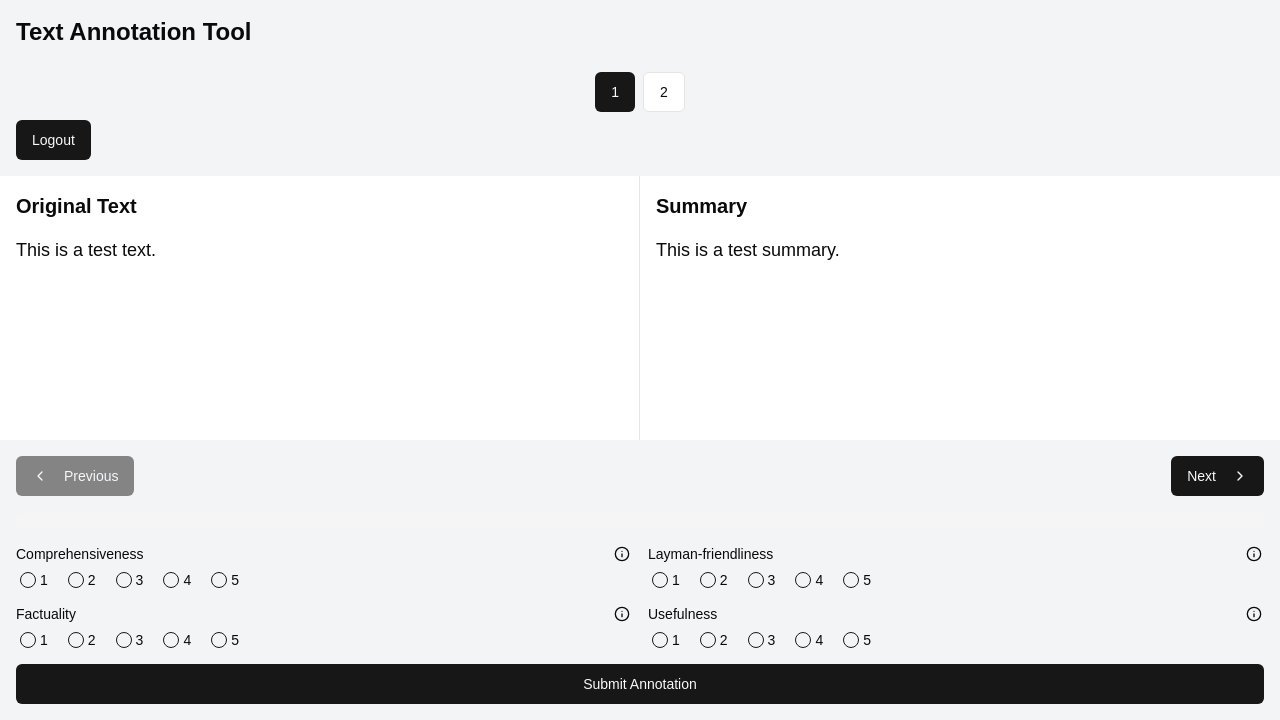
Repository: swapnil-panigrahi/annotator-group
Page: /annotate
An editor plug-in stored every save of this project. The page is shown before and after the next save, followed by the edit.
The browser window is 1280 px wide. The pictures show the whole page.
The page's requests for data from a server got no answer. The project was rebuilt for these pictures with package versions that can differ from the ones it lists, and the page was loaded fresh each time. The framework's server and built-in components were replaced by stand-ins that run in the browser. No one was signed in, and anything a server would have sent is missing. Also part of the build but not shown: next.config.mjs.

Above is the page before, as saved 2025-02-07 23:32:07.

After the next save:
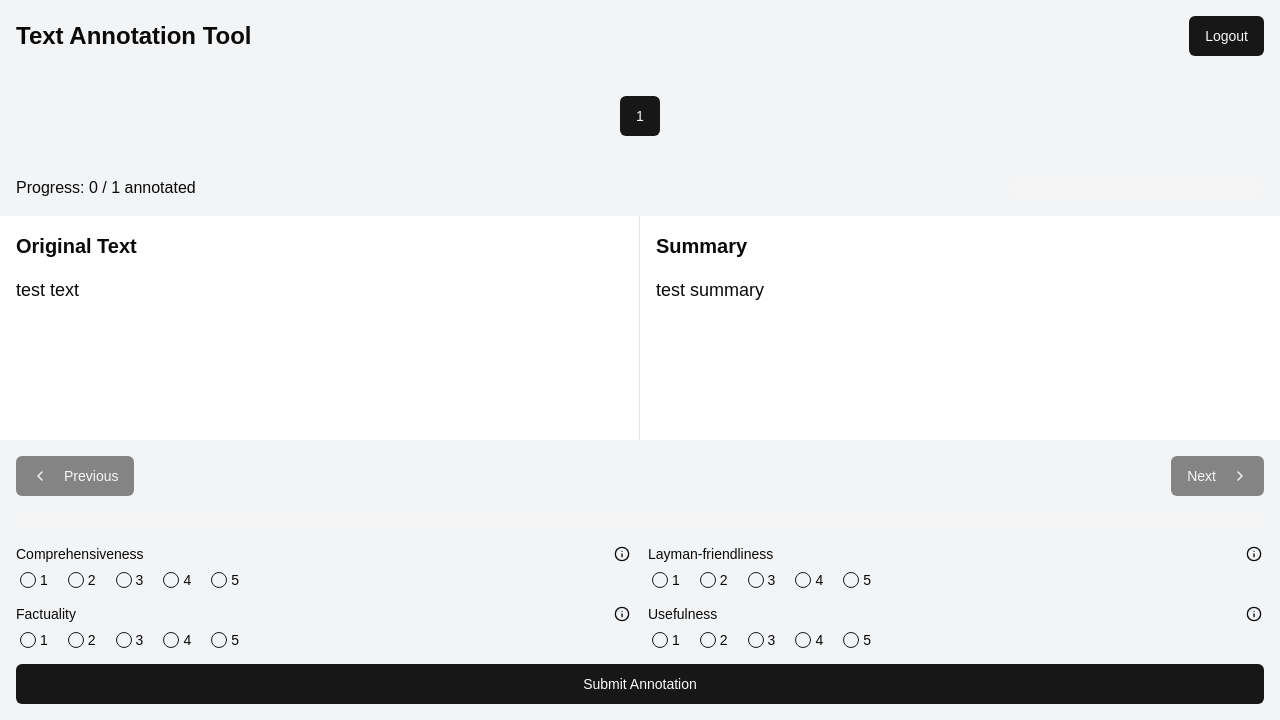
Saved 2 min 5 s later.
--- a/app/annotate/page.tsx
+++ b/app/annotate/page.tsx
@@ -9,52 +9,13 @@ import TextDisplay from "../components/TextDisplay"
 import SummaryDisplay from "../components/SummaryDisplay"
 import AnnotationForm from "../components/AnnotationForm"
 import NavigationBar from "../components/NavigationBar"
-import { getUser, logout } from "../actions/auth"
-import { fetchSheetData } from "../utils/googleSheets"
+import { logout } from "../actions/auth"
 
 export default function AnnotatePage() {
   const router = useRouter()
   const [textsAndSummaries, setTextsAndSummaries] = useState<Array<{ id: string; text: string; summary: string }>>([])
   const [loading, setLoading] = useState(true)
   const [error, setError] = useState<string | null>(null)
-
-  useEffect(() => {
-    const checkUserAndFetchData = async () => {
-      try {
-        // const user = await getUser()
-        // if (!user) {
-        //   router.push("/login")
-        //   return
-        // }
-
-        const data = await fetchSheetData()
-        setTextsAndSummaries(data)
-        setLoading(false)
-      } catch (err) {
-
-        console.error("Error fetching data:", err)
-        const data = {
-          data: [
-            {
-              id: "1",
-              text: "This is a test text.",
-              summary: "This is a test summary.",
-            },
-            {
-              id: "2",
-              text: "This is another test text.",
-              summary: "This is another test summary.",
-            },
-          ],
-        }
-        setTextsAndSummaries(data.data)
-        // setError("Failed to fetch data. Please try again later.")
-        setLoading(false)
-      }
-    }
-
-    checkUserAndFetchData()
-  }, [router])
 
   const [currentIndex, setCurrentIndex] = useState(0)
   const [annotations, setAnnotations] = useState<
@@ -65,6 +26,50 @@ export default function AnnotatePage() {
       usefulness: number
     }>
   >([])
+
+  useEffect(() => {
+    const handleKeyDown = (e: KeyboardEvent) => {
+      if (e.key === "ArrowLeft") {
+        setCurrentIndex((prevIndex) => Math.max(prevIndex - 1, 0))
+      } else if (e.key === "ArrowRight") {
+        setCurrentIndex((prevIndex) => Math.min(prevIndex + 1, textsAndSummaries.length - 1))
+      }
+    }
+
+    window.addEventListener("keydown", handleKeyDown)
+    return () => window.removeEventListener("keydown", handleKeyDown)
+  }, [textsAndSummaries.length])
+
+  useEffect(() => {
+    const checkUserAndFetchData = async () => {
+      try {
+        /*   const user = await getUser()
+          if (!user) {
+            router.push("/login")
+            return
+          }
+
+          const data = await fetchSheetData()
+
+          */
+        const data = [
+          {
+            id: "a",
+            text: "test text",
+            summary: "test summary",
+          },
+        ]
+        setTextsAndSummaries(data)
+        setLoading(false)
+      } catch (err) {
+        console.error("Error fetching data:", err)
+        setError("Failed to fetch data. Please try again later.")
+        setLoading(false)
+      }
+    }
+
+    checkUserAndFetchData()
+  }, []) // Removed unnecessary router dependency
 
   useEffect(() => {
     if (textsAndSummaries.length > 0) {
@@ -78,14 +83,6 @@ export default function AnnotatePage() {
       )
     }
   }, [textsAndSummaries])
-
-  const handleNext = () => {
-    setCurrentIndex((prevIndex) => Math.min(prevIndex + 1, textsAndSummaries.length - 1))
-  }
-
-  const handlePrevious = () => {
-    setCurrentIndex((prevIndex) => Math.max(prevIndex - 1, 0))
-  }
 
   const handleAnnotationChange = useCallback(
     (newAnnotation: (typeof annotations)[0]) => {
@@ -118,21 +115,32 @@ export default function AnnotatePage() {
     usefulness: 0,
   }
 
+  const annotatedCount = annotations.filter((a) => Object.values(a).some((v) => v !== 0)).length
+
   return (
     <div className="flex flex-col h-screen">
-      <header className="bg-gray-100 p-4 sticky top-0 z-10">
-        <h1 className="text-2xl font-bold mb-4">Text Annotation Tool</h1>
-        <NavigationBar currentIndex={currentIndex} totalItems={textsAndSummaries.length} onNavigate={setCurrentIndex} />
+      <header className="bg-gray-100 p-4 sticky top-0 z-10 flex justify-between items-center">
+        <h1 className="text-2xl font-bold">Text Annotation Tool</h1>
         <Button
           onClick={async () => {
             await logout()
             router.push("/login")
           }}
-          className="ml-auto"
         >
           Logout
         </Button>
       </header>
+      <div className="bg-gray-100 p-4 sticky top-16 z-10">
+        <NavigationBar currentIndex={currentIndex} totalItems={textsAndSummaries.length} onNavigate={setCurrentIndex} />
+      </div>
+      <div className="bg-gray-100 p-4">
+        <div className="flex justify-between items-center">
+          <span>
+            Progress: {annotatedCount} / {textsAndSummaries.length} annotated
+          </span>
+          <Progress value={(annotatedCount / textsAndSummaries.length) * 100} className="w-64" />
+        </div>
+      </div>
       <main className="flex-grow overflow-hidden flex flex-col lg:flex-row">
         <div className="lg:w-1/2 h-full overflow-y-auto p-4 border-r">
           <TextDisplay text={currentItem.text} />
@@ -143,10 +151,16 @@ export default function AnnotatePage() {
       </main>
       <footer className="bg-gray-100 p-4 sticky bottom-0 z-10">
         <div className="flex justify-between mb-4">
-          <Button onClick={handlePrevious} disabled={currentIndex === 0}>
+          <Button
+            onClick={() => setCurrentIndex((prevIndex) => Math.max(prevIndex - 1, 0))}
+            disabled={currentIndex === 0}
+          >
             <ChevronLeft className="mr-2 h-4 w-4" /> Previous
           </Button>
-          <Button onClick={handleNext} disabled={currentIndex === textsAndSummaries.length - 1}>
+          <Button
+            onClick={() => setCurrentIndex((prevIndex) => Math.min(prevIndex + 1, textsAndSummaries.length - 1))}
+            disabled={currentIndex === textsAndSummaries.length - 1}
+          >
             Next <ChevronRight className="ml-2 h-4 w-4" />
           </Button>
         </div>
